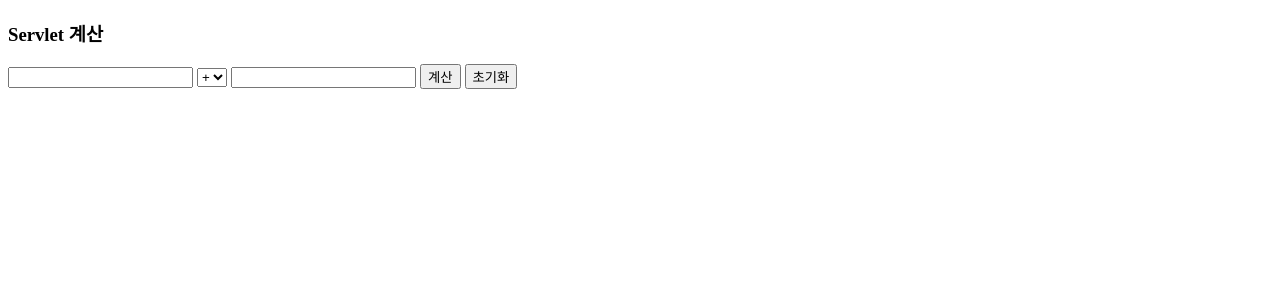
Repository: daehyuk1231/lect_labs_java
Page: http://localhost/java_web/calc1.jsp
These files come from the project's save history. The page is drawn as it stood at one moment and after the next save; the edit follows.
The browser window is 1280 px wide. The pictures show the whole page.
The page is served by Tomcat 10.

Above is the page before, as saved 2025-08-13 07:16:34.

After the next save:
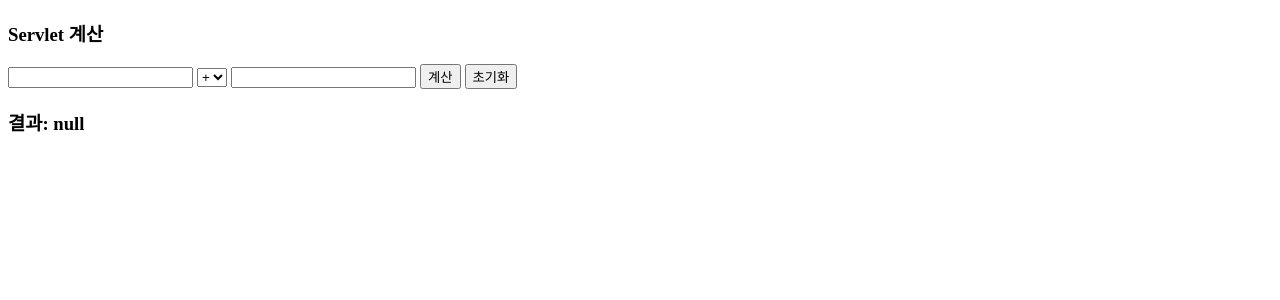
Saved 105 s later.
--- a/java_web/src/main/webapp/calc1.jsp
+++ b/java_web/src/main/webapp/calc1.jsp
@@ -24,5 +24,6 @@
 		<button type="submit">계산</button>
 		<button type="reset">초기화</button>
 	</form>
+	<h3>결과: <%=result1 %></h3>
 </body>
 </html>
